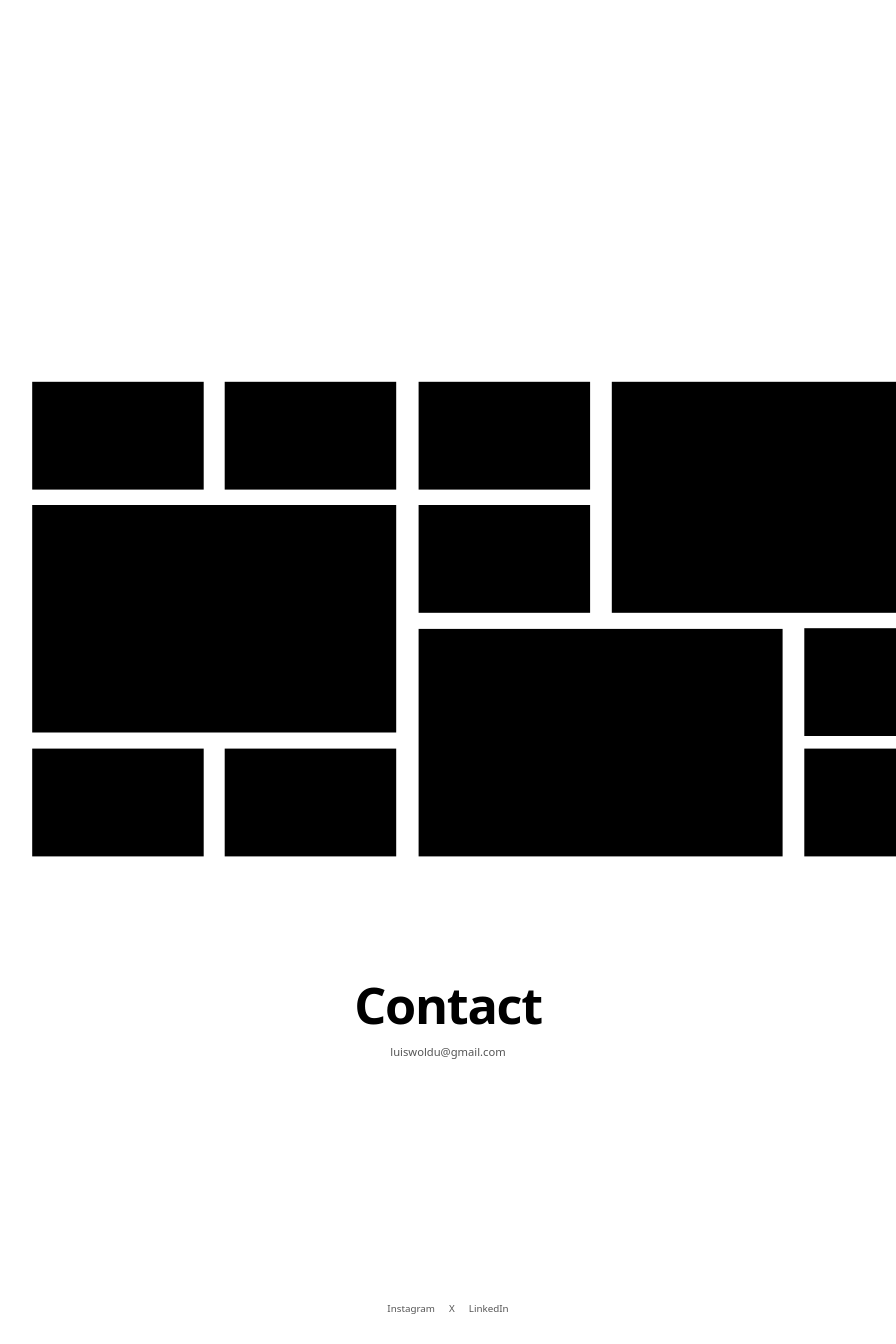
Repository: luiswoldu/personal
Page: /
An editor plug-in stored every save of this project. The page is shown before and after the next save, followed by the edit.
The browser window is 1280 px wide. The pictures show the part of the page from y = 918 to 2838 px (the page is 2838 px tall), at 70% of full size.
The project was rebuilt for these pictures with package versions that can differ from the ones it lists, and the page was loaded fresh each time. Also part of the build but not shown: vite.config.js.

Above is the page before, as saved 2025-01-08 22:28:15.

### index.html
<!doctype html>
<html lang="en">
  <head>
    <meta charset="UTF-8" />
    <link rel="icon" type="image/svg+xml" href="/vite.svg" />
    <meta name="viewport" content="width=device-width, initial-scale=1.0" />
    <link rel="preconnect" href="https://fonts.googleapis.com">
    <link rel="preconnect" href="https://fonts.gstatic.com" crossorigin>
    <link href="https://fonts.googleapis.com/css2?family=Montserrat:wght@400;700&display=swap" rel="stylesheet">
    <title>Vite + React</title>
  </head>
  <body>
    <div id="root"></div>
    <script type="module" src="/src/main.jsx"></script>
  </body>
</html>

### src/index.css
@tailwind base;
@tailwind components;
@tailwind utilities;

/* Reset all containers */
html, body, #root, #app {
  margin: 0 !important;
  padding: 0 !important;
  width: 100vw !important;
  max-width: 100vw !important;
  overflow-x: hidden !important;
}

.gallery-grid {
  width: fit-content;
  height: 750px;
  position: relative;
  margin: 0;
  padding: 24px;
  background-color: #ffffff;
}

.gallery-item {
  background-color: #000000;
  overflow: hidden;
  position: absolute;
  color: white;
  opacity: 0;
  transform: translateY(20px);
  /* Remove the animation from base class */
}

/* Only apply animation when animate class is present */
.gallery-item.animate {
  animation: fadeInUp 0.8s ease-out forwards;
}

/* Define keyframes for the fade-in-up animation */
@keyframes fadeInUp {
  0% {
    opacity: 0;
    transform: translateY(20px);
  }
  100% {
    opacity: 1;
    transform: translateY(0);
  }
}

/* Apply staggered animation delays for each tile */
.gallery-item.animate:nth-child(1) { animation-delay: 0s; }
.gallery-item.animate:nth-child(2) { animation-delay: 0.1s; }
.gallery-item.animate:nth-child(3) { animation-delay: 0.2s; }
.gallery-item.animate:nth-child(4) { animation-delay: 0.3s; }
.gallery-item.animate:nth-child(5) { animation-delay: 0.4s; }
.gallery-item.animate:nth-child(6) { animation-delay: 0.5s; }
.gallery-item.animate:nth-child(7) { animation-delay: 0.6s; }
.gallery-item.animate:nth-child(8) { animation-delay: 0.7s; }

/* Base tile sizes */
.small-tile {
  width: 245px;
  height: 154px;
}

.large-tile {
  width: 520px;
  height: 325px;
}

/* First row - Adjusted gaps to align with large2 */
.small1 { left: 46px; top: 24px; }
.small2 { left: 321px; top: 24px; }
.small3 { left: 598px; top: 24px; }  /* Changed from 595px to 594px */
.large1 { left: 874px; top: 24px; }

/* Second row */
.large2 { left: 46px; top: 200px; }
.small6 { left: 598px; top: 200px; }

/* Third row - Adjusted gaps to align with large2 */
.small4 { left: 46px; top: 548px; }
.small5 { left: 321px; top: 548px; }
.large3 { left: 598px; top: 377px; }  /* Changed from 595px to 594px */

/* Vertically stacked beside large3 */
.small7 {
    left: 1149px;
    top: 376px;
}
.small8 {
    left: 1149px;
    top: 548px;
}

.large1 {
  left: 874px;
  top: 24px;
  height: 330px; /* Increased from 325px to 330px */
}

### src/App.jsx
import { useState } from 'react'
import './App.css'
import TabBar from './components/TabBar'
import ScrollTransformHeader from './components/ScrollTransformHeader.jsx'
import Introduction from './components/Introduction'
import Work from './components/Work'
import Contact from './components/Contact'
import Footer from './components/Footer.jsx'

function App() {
  return (
    <>
      <TabBar />
      <div style={{ paddingTop: '60px', margin: 0, padding: 0, width: '100%' }}>
        <ScrollTransformHeader />
        <Introduction />
        <Work />
        <Contact />
        <Footer />
      </div>
    </>
  );
}

export default App;

### src/components/TabBar.jsx
import React, { useState, useEffect } from 'react';
import { motion } from 'framer-motion';

const TabBar = () => {
  const [activeSection, setActiveSection] = useState('none');

  useEffect(() => {
    const handleScroll = () => {
      const scrollY = window.scrollY;

      if (scrollY < 250) {
        setActiveSection('none');
      } else if (scrollY >= 250 && scrollY < 800) {
        setActiveSection('about');
      } else if (scrollY >= 800 && scrollY < 1760) {
        setActiveSection('work');
      } else if (scrollY >= 1760) {
        setActiveSection('contact');
      }
    };

    window.addEventListener('scroll', handleScroll);
    return () => window.removeEventListener('scroll', handleScroll);
  }, []);

  const getButtonStyle = (buttonName) => ({
    backgroundColor: '#f1f1f1',
    margin: '0 8px',
    padding: '15px 20px',
    paddingTop: '64px',
    paddingBottom: '40px',
    cursor: 'pointer',
    transition: 'all 0.3s ease',
    fontSize: '10.27px',
    fontFamily: 'ui-sans-serif, system-ui, -apple-system, BlinkMacSystemFont, "Segoe UI", Roboto, "Helvetica Neue", Arial, sans-serif',
    fontWeight: '700',
    textTransform: 'uppercase',
    color: activeSection === buttonName.toLowerCase() ? '#000' : '#999',
    border: 'none',
  });

  return (
    <div
      className="tab-bar"
      style={{
        backgroundColor: '#f1f1f1',
        minHeight: '60px',
        position: 'fixed',
        top: 0,
        left: 0,
        right: 0,
        zIndex: 9999,
        display: 'flex',
        justifyContent: 'center',
        alignItems: 'center',
      }}
    >
      <div style={{ display: 'flex', alignItems: 'center', gap: '16px' }}>
        <button style={getButtonStyle('about')}>
          <motion.span
            initial={{ opacity: 0, x: -30 }}
            animate={{ opacity: 1, x: 0 }}
            transition={{ type: 'spring', stiffness: 100, damping: 25, delay: 0.2 }}
          >
            ABOUT
          </motion.span>
        </button>
        <button style={getButtonStyle('work')}>
          <motion.span
            initial={{ opacity: 0, x: -30 }}
            animate={{ opacity: 1, x: 0 }}
            transition={{ type: 'spring', stiffness: 100, damping: 25, delay: 0.4 }}
          >
            WORK
          </motion.span>
        </button>
        <button style={getButtonStyle('contact')}>
          <motion.span
            initial={{ opacity: 0, x: -30 }}
            animate={{ opacity: 1, x: 0 }}
            transition={{ type: 'spring', stiffness: 100, damping: 25, delay: 0.6 }}
          >
            CONTACT
          </motion.span>
        </button>
      </div>
    </div>
  );
};

export default TabBar;

### src/components/ScrollTransformHeader.jsx
import { useState, useEffect } from 'react';

const ScrollTransformHeader = () => {
  const [scrollProgress, setScrollProgress] = useState(0);

  const initialWidth = 805;
  const initialHeight = 330;

  useEffect(() => {
    const handleScroll = () => {
      const progress = Math.min(window.scrollY / 400, 1);
      setScrollProgress(progress);
    };

    window.addEventListener('scroll', handleScroll);
    return () => window.removeEventListener('scroll', handleScroll);
  }, []);

  const getAnimatedDimensions = (progress) => {
    if (progress <= 0.5) {
      const normalizedProgress = progress * 2;
      return {
        width: initialWidth + (window.innerWidth - initialWidth) * normalizedProgress,
        height: initialHeight + (124 - initialHeight) * normalizedProgress
      };
    } else {
      // Increase the shrinking speed by using a larger multiplier (e.g., 4 instead of 2)
      const normalizedProgress = (progress - 0.5) * 4; // Faster shrinking
      return {
        width: window.innerWidth,
        height: 124 * (1 - normalizedProgress)
      };
    }
  };

  const dimensions = getAnimatedDimensions(scrollProgress);
  const translateY = -218 * scrollProgress;

  return (
    <div className="w-full min-h-[200vh] bg-white relative">
      <div
        className="fixed left-1/2 top-[40%] bg-black transition-transform duration-75 ease-out"
        style={{
          width: `${dimensions.width}px`,
          height: `${dimensions.height}px`,
          transform: `translate(-50%, ${translateY}px)`,
        }}
      >
        <img
          src="https://pbs.twimg.com/ext_tw_video_thumb/1858517907182878720/pu/img/1jUUxnTvvX4G4nta.jpg"  // Replace with the actual image URL
          alt="Your description"
          className="absolute top-0 left-0 w-full h-full object-cover"
          style={{
            transform: 'none',  // Ensure the image is not affected by the container's transform
          }}
        />
      </div>
    </div>
  );
};

export default ScrollTransformHeader;

### src/components/Introduction.jsx
import React, { useState, useEffect } from 'react';

const Introduction = () => {
  const [isVisible, setIsVisible] = useState(false);

  useEffect(() => {
    const handleScroll = () => {
      if (window.scrollY >= 50) {
        setTimeout(() => {
          setIsVisible(true);
        }, 200);
      } else {
        setIsVisible(false);
      }
    };

    window.addEventListener('scroll', handleScroll);
    return () => window.removeEventListener('scroll', handleScroll);
  }, []);

  return (
    <div
      style={{
        display: 'flex',
        justifyContent: 'center',
        alignItems: 'center',
        height: '50vh',
        padding: '0 20px',
        backgroundColor: 'white',
        opacity: isVisible ? 1 : 0,
        transition: 'opacity 0.2s ease-in',
        position: 'relative',
        zIndex: 1,
        marginTop: '-80vh',
        marginBottom: '30vh'
      }}
    >
      <p
        style={{
          maxWidth: '600px',
          textAlign: 'left',
          lineHeight: '1.6',
          fontSize: '18px',
          fontFamily: 'ui-sans-serif, system-ui, -apple-system, BlinkMacSystemFont, "Segoe UI", Roboto, "Helvetica Neue", Arial, sans-serif',
          color: '#666666',
          paddingTop: '60px',
          fontWeight: '400'
        }}
      >
        Welcome, I'm James Owen, a British artist and designer based in San Francisco.
        <br /><br />
        As a former Creative Director at ManvsMachine, I've collaborated with brands such as Apple, Nike, Google, and Xbox. Together, we created remarkable projects that garnered worldwide recognition, including D&AD Pencils, Cannes Gold Lions, and many more.
        <br /><br />
        Currently, I'm creating groundbreaking experiences with the Apple Design Team while consuming copious amounts of tea.
      </p>
    </div>
  );
};

export default Introduction;

### src/components/Work.jsx
import React, { useEffect, useRef } from 'react';

const Work = () => {
  const observerRef = useRef(null);

  useEffect(() => {
    // Create intersection observer
    observerRef.current = new IntersectionObserver(
      (entries) => {
        entries.forEach(entry => {
          if (entry.isIntersecting) {
            entry.target.classList.add('animate');
            // Unobserve after animation is triggered so it won't repeat
            observerRef.current.unobserve(entry.target);
          }
        });
      },
      {
        threshold: 0.1 // Trigger when at least 10% of the element is visible
      }
    );

    // Observe all gallery items
    const galleryItems = document.querySelectorAll('.gallery-item');
    galleryItems.forEach(item => {
      observerRef.current.observe(item);
    });

    // Cleanup
    return () => {
      if (observerRef.current) {
        observerRef.current.disconnect();
      }
    };
  }, []);

  return (
    <div
      style={{
        minHeight: 'auto',
        height: '747px',
        backgroundColor: 'white',
        position: 'relative',
        zIndex: 0,
        padding: 0,
        margin: 0,
        width: 'auto',
        overflow: 'hidden',
        left: 0,
        right: 0
      }}
    >
      <div
        className="gallery-grid"
        style={{
          left: 0,
          margin: 0,
          padding: 0
        }}
      >
        {/* Small Tiles */}
        <div className="gallery-item small-tile small1" data-number="1" />
        <div className="gallery-item small-tile small2" data-number="2" />
        <div className="gallery-item small-tile small3" data-number="3" />
        <div className="gallery-item small-tile small4" data-number="4" />
        <div className="gallery-item small-tile small5" data-number="5" />
        <div className="gallery-item small-tile small6" data-number="6" />
        <div className="gallery-item small-tile small7" data-number="7" />
        <div className="gallery-item small-tile small8" data-number="8" />

        {/* Large Tiles */}
        <div className="gallery-item large-tile large1" data-number="9" />
        <div className="gallery-item large-tile large2" data-number="10" />
        <div className="gallery-item large-tile large3" data-number="11" />
      </div>
    </div>
  );
};

export default Work;

### src/components/Contact.jsx
import React, { useEffect, useState } from 'react';
import { useInView } from 'react-intersection-observer';
import './Contact.css';

const Contact = () => {
  const [isLoaded, setIsLoaded] = useState(false);
  const [titleRef, titleInView] = useInView({
    triggerOnce: true,
    threshold: 0.6,
  });

  const [emailRef, emailInView] = useInView({
    triggerOnce: true,
    threshold: 0.6,
  });

  useEffect(() => {
    setIsLoaded(true);
  }, []);

  return (
    <div
  style={{
    height: '550px',
    backgroundColor: 'white',
    position: 'relative',
    zIndex: 1,
    margin: 0,
    padding: '130px 0 8px 0', // Reduced padding-bottom by 30% (from 40px to 28px)
    width: '100%',
  }}>

      <h1
        ref={titleRef}
        className={`text-6xl md:text-7xl font-bold text-center tracking-tight ${
          isLoaded ? (titleInView ? 'animate-text' : 'hidden-text') : ''
        }`}
      >
        Contact
      </h1>

      <a
        ref={emailRef}
        href="mailto:wecare@ju.st"
        style={{ color: '#555' }}
        className={`block text-center mt-5 ${
          isLoaded ? (emailInView ? 'animate-email' : 'hidden-email') : ''
        }`}
      >
        luiswoldu@gmail.com
      </a>
    </div>
  );
};

export default Contact;

### src/components/Footer.jsx
import React from 'react';

const Footer = () => {
  return (
    <div
      style={{
        textAlign: 'center',
        fontSize: '14px',
        padding: '40px 0', // Increased padding for top and bottom
        color: '#555',
      }}
    >
      <a
        href="https://instagram.com"
        target="_blank"
        rel="noopener noreferrer"
        style={{
          textDecoration: 'none',
          color: '#555',
          margin: '0 10px',
        }}
      >
        Instagram
      </a>
      <a
        href="https://twitter.com"
        target="_blank"
        rel="noopener noreferrer"
        style={{
          textDecoration: 'none',
          color: '#555',
          margin: '0 10px',
        }}
      >
        X
      </a>
      <a
        href="https://linkedin.com"
        target="_blank"
        rel="noopener noreferrer"
        style={{
          textDecoration: 'none',
          color: '#555',
          margin: '0 10px',
        }}
      >
        LinkedIn
      </a>
    </div>
  );
};

export default Footer;

### src/components/Contact.css
/* Initial hidden state for both title and email */
.hidden-text, .hidden-email {
  opacity: 0;
  transform: translateY(20px);
  transition: opacity 0.8s ease-in-out, transform 0.8s ease-in-out;
}

/* Animation class for text and email */
.animate-text, .animate-email {
  opacity: 1;
  transform: translateY(0);
  transition: opacity 0.8s ease-in-out, transform 0.8s ease-in-out;
}

/* Optionally add more smoothness for the email animation */
.animate-email {
  transition-delay: 0.2s; /* Slight delay for the email */
}

/* Optional additional styling to make the email look better */
a {
  text-decoration: none;
  color: inherit;
}

Loaded but not shown: src/main.jsx (common file); src/App.css (common file); tailwind.config.js (common file)

After the next save:
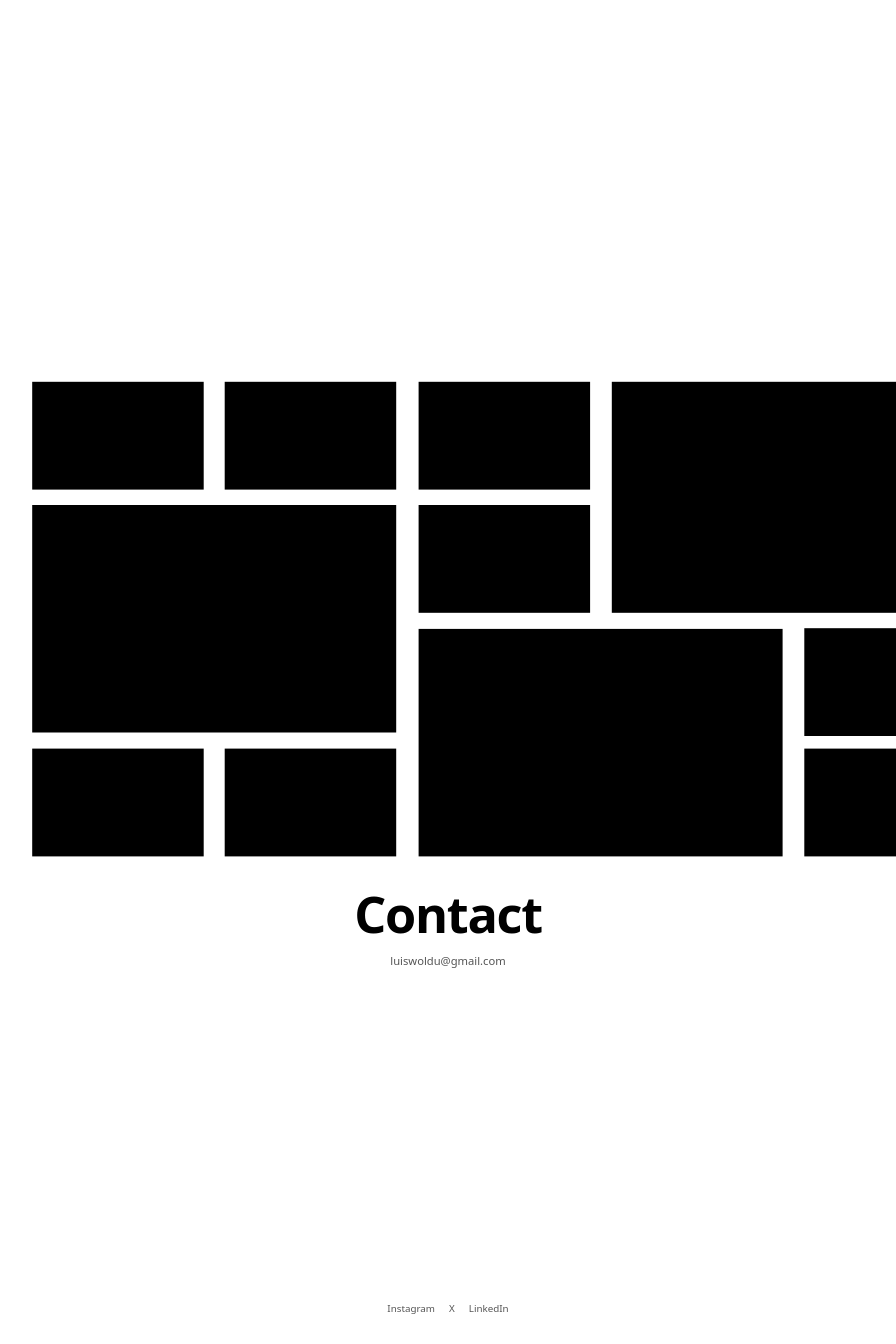
Saved 8 s later.
--- a/src/components/Contact.jsx
+++ b/src/components/Contact.jsx
@@ -26,7 +26,7 @@
     position: 'relative',
     zIndex: 1,
     margin: 0,
-    padding: '130px 0 8px 0', // Reduced padding-bottom by 30% (from 40px to 28px)
+    padding: '130px 10 28px 0', // Reduced padding-bottom by 30% (from 40px to 28px)
     width: '100%',
   }}>
 

After the save that followed:
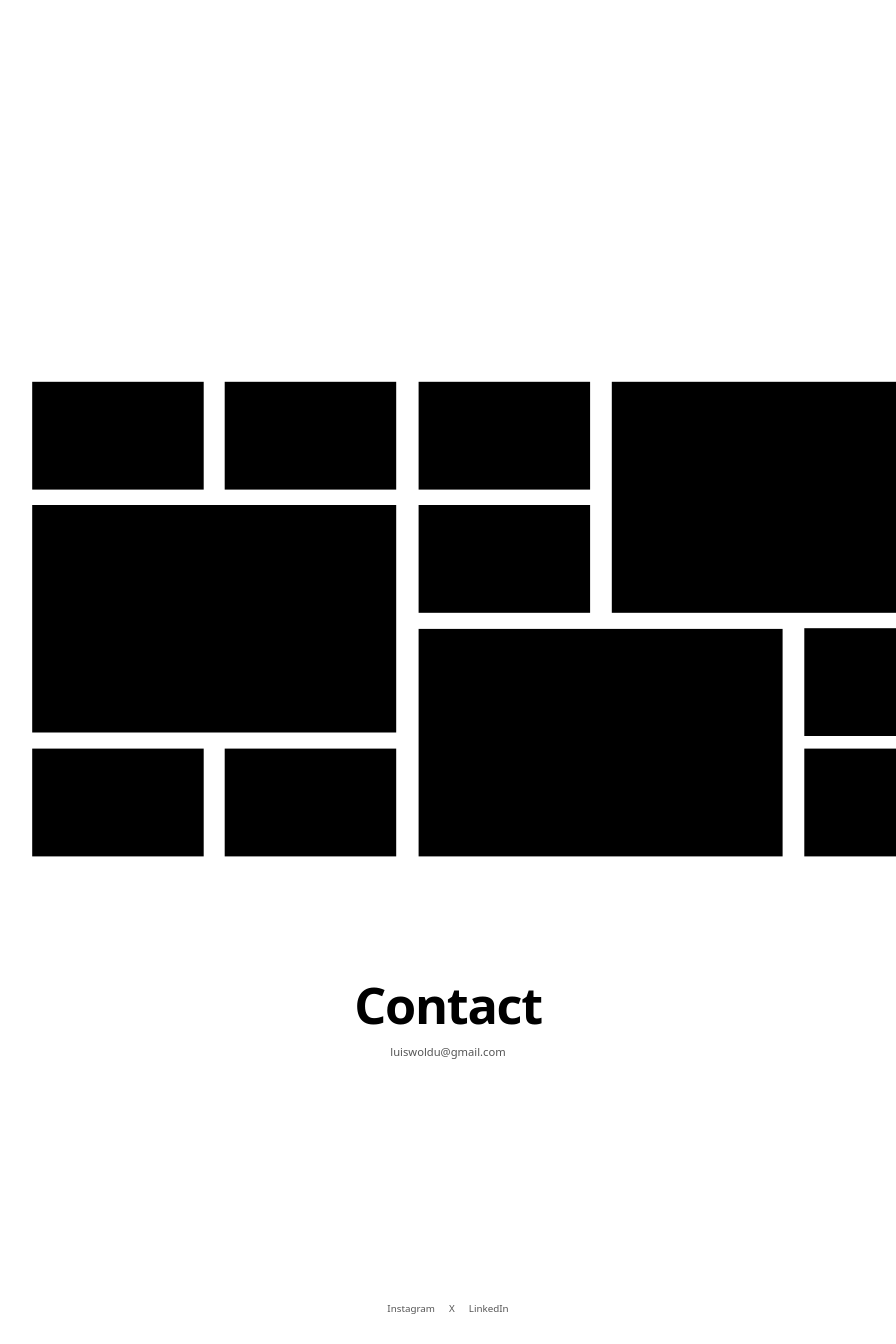
Saved 18 s later.
--- a/src/components/Contact.jsx
+++ b/src/components/Contact.jsx
@@ -26,7 +26,7 @@
     position: 'relative',
     zIndex: 1,
     margin: 0,
-    padding: '130px 10 28px 0', // Reduced padding-bottom by 30% (from 40px to 28px)
+    padding: '130px 0 0px 0', // Reduced padding-bottom by 30% (from 40px to 28px)
     width: '100%',
   }}>
 
